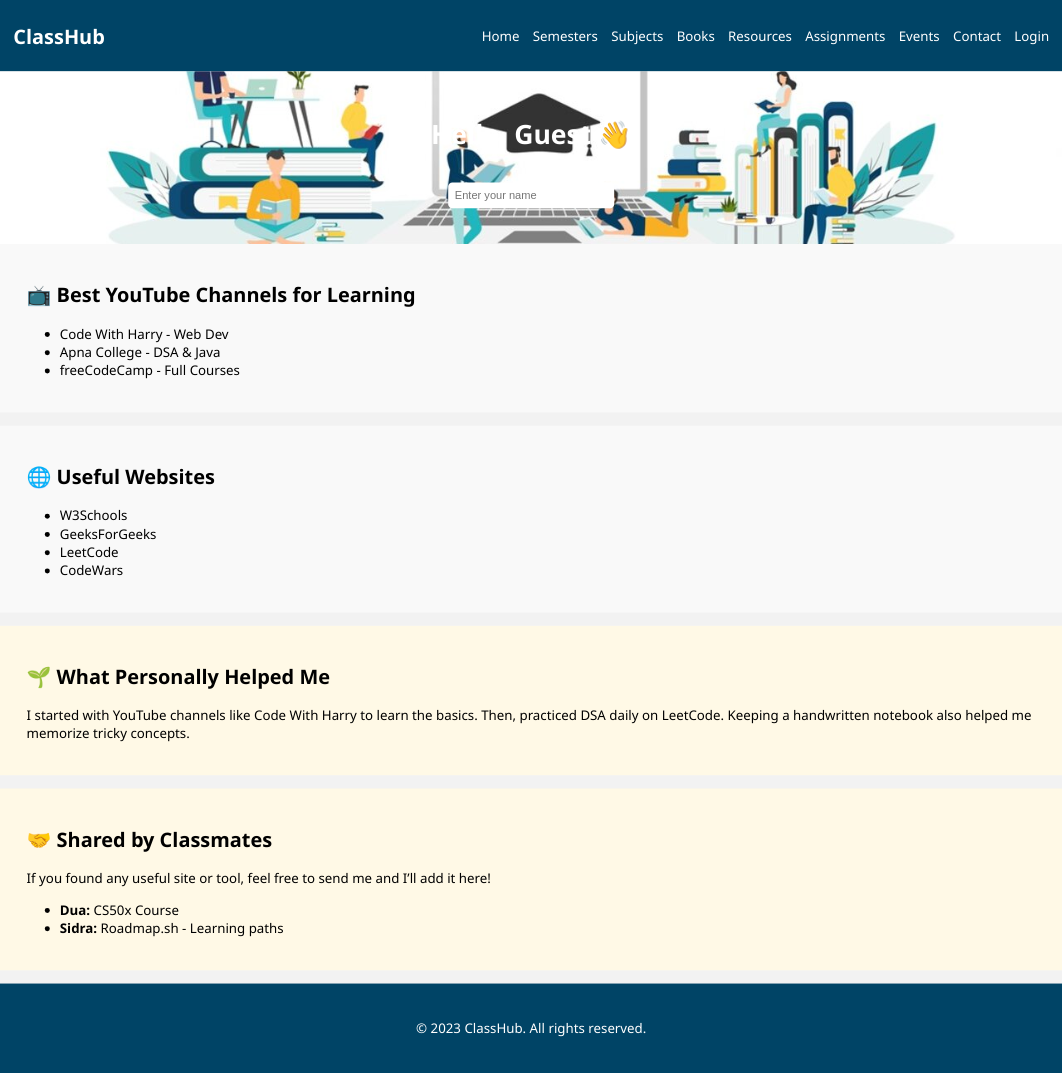
Repository: MariamSawera/eduNova
Page: resources.html
The author's editor kept a copy of each file at every save. The page is drawn from the files as they stood at one save, then again after the next save.
The browser window is 1280 px wide. The pictures show the whole page, at 83% of full size.

Above is the page before, as saved 2025-07-23 22:10:14.

### resources.html
<html>
<head>
    <title>Resources</title>
    <meta charset="UTF-8">
    <meta name="viewport" content="width=device-width, initial-scale=1.0">
    <link rel="stylesheet" href="styles.css">
    <script src="script.js"></script>
</head>
<body>
    <nav>
        <div class="logo">ClassHub</div>
        <ul>
        <li><a href="index.html">Home</a></li>
        <li><a href="index.html#semester">Semesters</a></li>
        <li><a href="subjects.html">Subjects</a></li>
        <li><a href="books.html">Books</a></li>
        <li><a href="resources.html">Resources</a></li>
        <li><a href="assignments.html">Assignments</a></li>
        <li><a href="events.html">Events</a></li>
        <li><a href="contact.html">Contact</a></li>
        <li><a href="login.html">Login</a></li>
        </ul>
    </nav>

    <!-- Hero Section -->
    <div class="hero">
      <h1 id="welcome">Hello, Guest 👋</h1>
      <input
        type="text"
        id="nameInput"
        placeholder="Enter your name"
        oninput="updateName()"
      />
    </div>


      <section class="resources-section">
    <h2>📺 Best YouTube Channels for Learning</h2>
    <ul>
      <li><a href="https://youtube.com/CodeWithHarry" target="_blank">Code With Harry - Web Dev</a></li>
      <li><a href="https://youtube.com/ApnaCollegeOfficial" target="_blank">Apna College - DSA & Java</a></li>
      <li><a href="https://youtube.com/FreeCodeCamp" target="_blank">freeCodeCamp - Full Courses</a></li>
    </ul>
  </section>

  <!-- Websites -->
  <section class="resources-section">
    <h2>🌐 Useful Websites</h2>
    <ul>
      <li><a href="https://www.w3schools.com/" target="_blank">W3Schools</a></li>
      <li><a href="https://www.geeksforgeeks.org/" target="_blank">GeeksForGeeks</a></li>
      <li><a href="https://leetcode.com/" target="_blank">LeetCode</a></li>
      <li><a href="https://www.codewars.com/" target="_blank">CodeWars</a></li>
    </ul>
  </section>

  <!-- What Helped Me -->
  <section class="my-tips">
    <h2>🌱 What Personally Helped Me</h2>
    <p>I started with YouTube channels like Code With Harry to learn the basics. Then, practiced DSA daily on LeetCode. Keeping a handwritten notebook also helped me memorize tricky concepts.</p>
  </section>

  <!-- Classmate Contributions -->
  <section class="classmate-tips">
    <h2>🤝 Shared by Classmates</h2>
    <p>If you found any useful site or tool, feel free to send me and I’ll add it here!</p>

    <ul>
      <li><strong>Dua:</strong> <a href="https://cs50.harvard.edu/x/" target="_blank">CS50x Course</a></li>
      <li><strong>Sidra:</strong> <a href="https://roadmap.sh/" target="_blank">Roadmap.sh - Learning paths</a></li>
    </ul>
  </section>







    </div>

    <!-- Footer -->
    <footer class="footer">
        <p>&copy; 2023 ClassHub. All rights reserved.</p>
    </footer>

</body>
</html>

### styles.css
html {
  scroll-behavior: smooth;
}

body {
  margin: 0;
  font-family: "Segoe UI", sans-serif;
  background: #f2f2f2;
  /* background-color: #B3DDF0; */
}

nav {
  background-color: #004466;
  color: white;
  padding: 1rem;
  display: flex;
  justify-content: space-between;
  align-items: center;
}

nav .logo {
  font-size: 1.5rem;
  font-weight: bold;
}

a {
  text-decoration: none;
  color: inherit;
}

nav ul {
  list-style: none;
  display: flex;
  gap: 1rem;
}

nav ul li {
  display: inline;
}

nav ul li a {
  color: white;
  text-decoration: none;
}

.hero {
  /* background: linear-gradient(to right, #00aaff, #00ffcc); */
  background-image: url("./images/banner.jpg");
  background-position: center;
  color: white;
  padding: 2rem;
  text-align: center;
  height: 20vh;
}

.hero input {
  padding: 0.5rem;
  border: none;
  border-radius: 5px;
  margin-top: 1rem;
  width: 200px;
}

.dashboard {
  display: grid;
  grid-template-columns: 1fr 1fr 1fr;
  gap: 1rem;
  padding: 2rem;
}

.card {
  background: white;
  padding: 1rem;
  border-radius: 10px;
  box-shadow: 0 2px 5px rgba(0, 0, 0, 0.1);
}

.quick-links {
  padding: 2rem;
  display: grid;
  grid-template-columns: repeat(3, minmax(150px, 1fr));
  gap: 1rem;
}

.link-card {
  display: flex;
  justify-content: center;
  align-items: center;
  font-size: 30px;
  color: white;
}

.quick-links .link-card {
  background: white;
  text-align: center;
  padding: 1rem;
  border-radius: 10px;
  box-shadow: 0 2px 5px rgba(0, 0, 0, 0.1);
  height: 80px;
}

.footer {
  background-color: #004466;
  display: flex;
  justify-content: center;
  align-items: center;
  color: white;
  height: 15vh;
}

.heading {
  color: #333;
  margin-bottom: 1rem;
  text-align: center;
  font-size: 2rem;
}

/* books.html */
.book-container {
  display: flex;
  justify-content: center;
  text-align: center;
  gap: 1rem;
  padding: 2rem;
  flex-wrap: wrap;
}

.book-card {
  background: white;
  width: 20%;
  padding: 1rem;
  border-radius: 8px;
  box-shadow: 0 2px 5px rgba(0, 0, 0, 0.1);
  text-align: center;
}

.book-card img {
  max-width: 100%;
  height: 40vh;
  border-radius: 5px;
  object-fit: cover;
}

.info {
  padding: 1rem;
  text-align: center;
}

.info h3 {
  margin: 0.5rem 0;
  font-size: 1.1rem;
  color: #222;
}

.info p {
  font-size: 0.9rem;
  color: #555;
}

.info a {
  display: inline-block;
  margin-top: 0.7rem;
  padding: 0.5rem 1rem;
  background: #0077cc;
  color: white;
  text-decoration: none;
  border-radius: 5px;
}

.info a:hover {
  background: #005fa3;
}

/* subjects.html */
.instructor-container {
  display: flex;
  justify-content: center;
  align-items: center;
  flex-wrap: wrap;
  gap: 2rem;
  margin: 30px;
}

.instructor-card {
  background-color: white;
  padding: 25px;
  /* margin: 12px; */
  display: inline-block;
  width: 20%;
  height: auto;
  flex-direction: column;
  align-items: center;
  text-align: center;
  border-radius: 30px;
  margin-bottom: 1rem;
  box-shadow: 0px 4px 10px rgba(0, 0, 0, 0.1);
}

.instructor-card img {
  border-radius: 50%;
  object-fit: cover;
}

.instructor-card h3 {
  margin: 8px 0;
}

.difficulty {
  font-size: 15px;
  font-weight: bold;
  color: black;
  background-color: rgb(214, 211, 0);
  padding: 4px 10px;
  border-radius: 5px;
  width: 40pxpx;
  display: inline-block;
}

.resources {
  margin-top: 10px;
}

.resources a {
  /* background-color: rgb(73, 73, 192);
  margin: 7px;
  color: white;
  padding: 6px 12px;
  border-radius: 10px;
  font-size: 15px;
  display: inline-block; */
  display: inline-block;
  margin-top: 0.7rem;
  padding: 0.5rem 1rem;
  background: #0077cc;
  color: white;
  text-decoration: none;
  border-radius: 5px;

}

.resources a:hover {
  background-color: blueviolet;
}

/* resources.html */

.resources-section {
  padding: 1.5rem 2rem;
  background-color: #f9f9f9;
  margin-bottom: 1rem;
}

.my-tips, .classmate-tips {
  padding: 1.5rem 2rem;
  background-color: #fff9e6;
  margin-bottom: 1rem;
}

### script.js
function updateName() {
      const name = document.getElementById('nameInput').value;
      const welcome = document.getElementById('welcome');
      if(name.trim()) {
        welcome.textContent = `Hello, ${name}! 👋`;
      } else {
        welcome.textContent = `Hello, Guest 👋`;
      }
    }

After the next save:
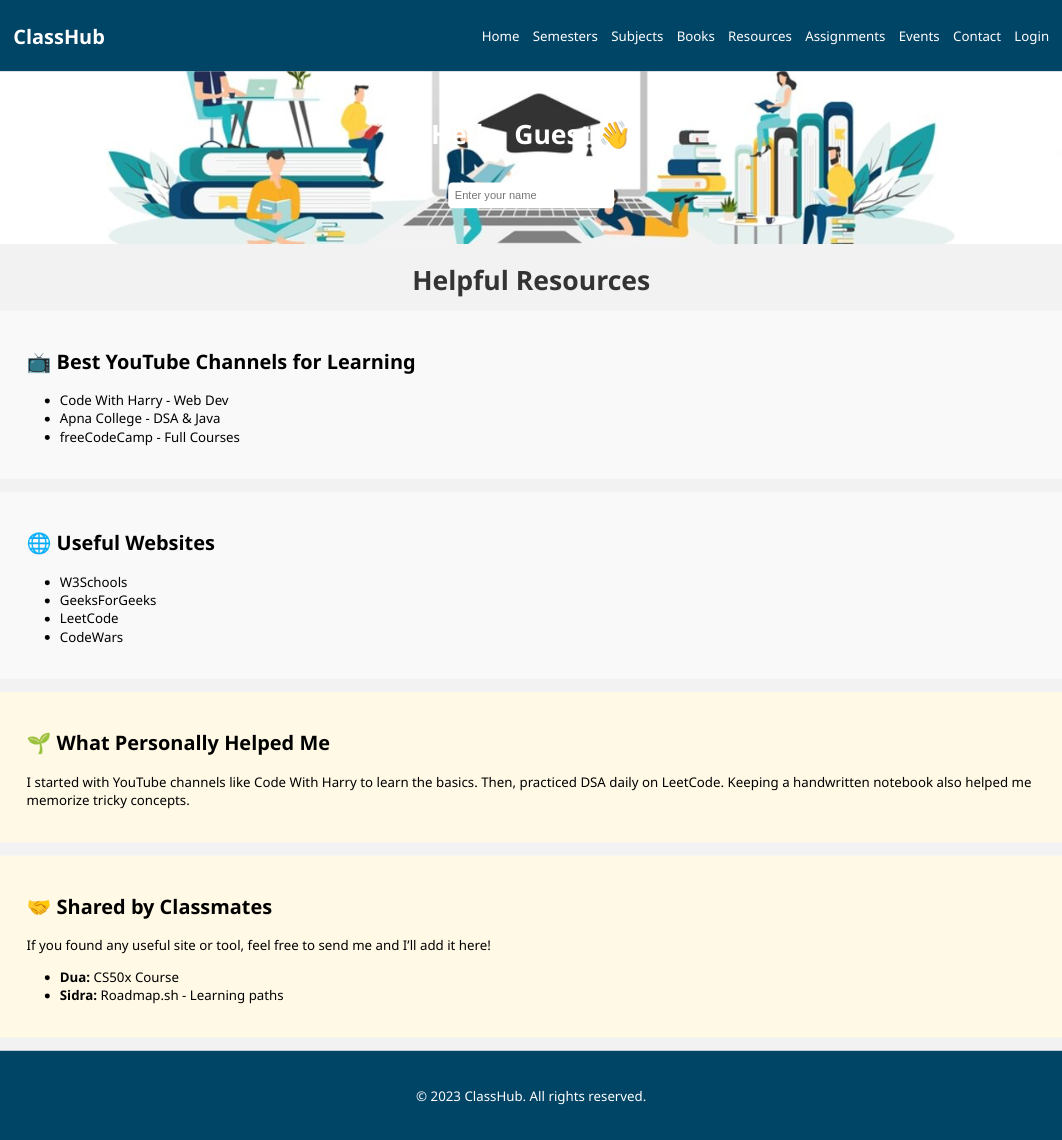
Saved 25 s later.
--- a/resources.html
+++ b/resources.html
@@ -32,6 +32,9 @@
         oninput="updateName()"
       />
     </div>
+
+    <h1 class="heading">Helpful Resources</h1>
+
 
 
       <section class="resources-section">
